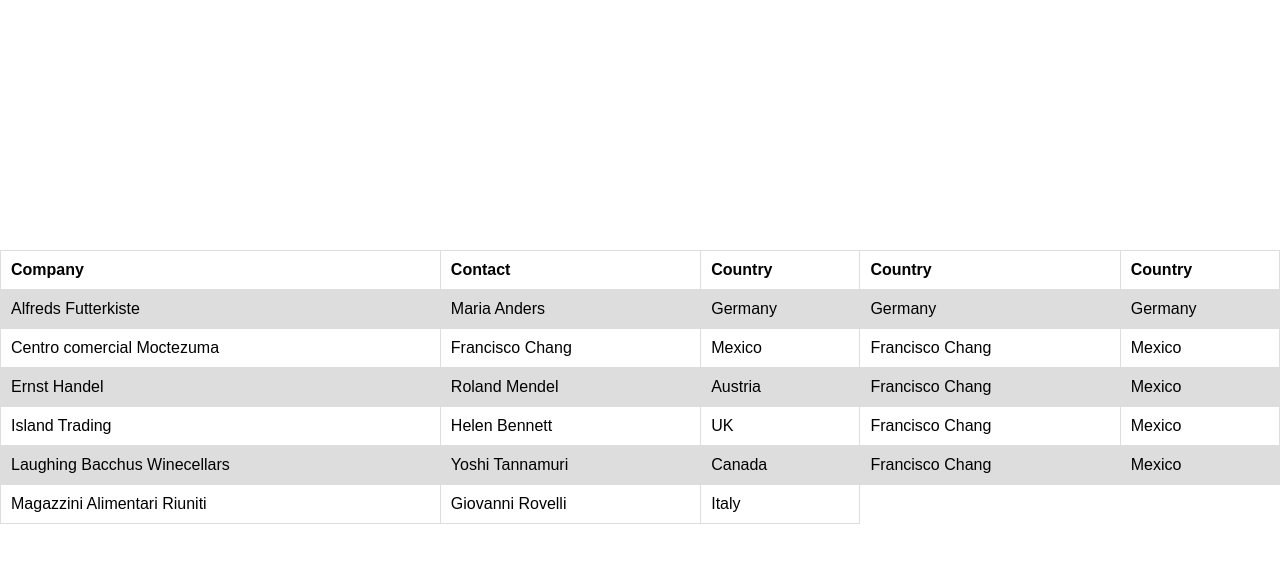
Repository: Seryozha02/ApiRequests
Page: index.html
The author's editor kept a copy of each file at every save. The page is drawn from the files as they stood at one save, then again after the next save.
The browser window is 1280 px wide. The pictures show the whole page.

Above is the page before, as saved 2022-09-22 21:19:51.

After the next save:
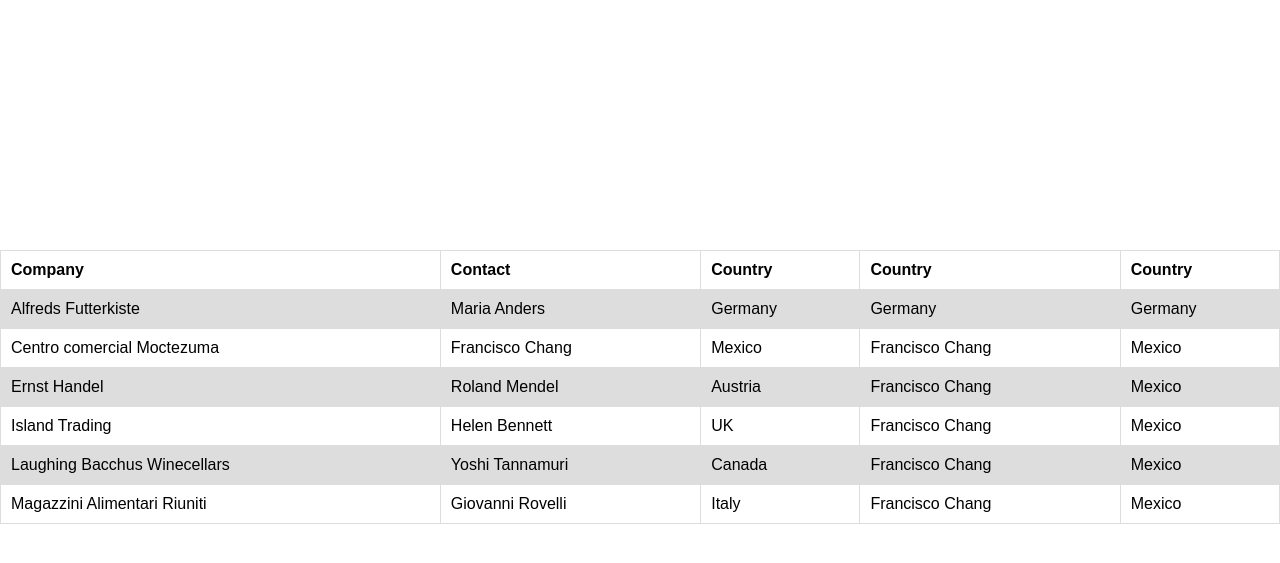
Saved 4 s later.
--- a/index.html
+++ b/index.html
@@ -55,6 +55,8 @@
           <td>Magazzini Alimentari Riuniti</td>
           <td>Giovanni Rovelli</td>
           <td>Italy</td>
+          <td>Francisco Chang</td>
+          <td>Mexico</td>
         </tr>
       </table>
 </body>
